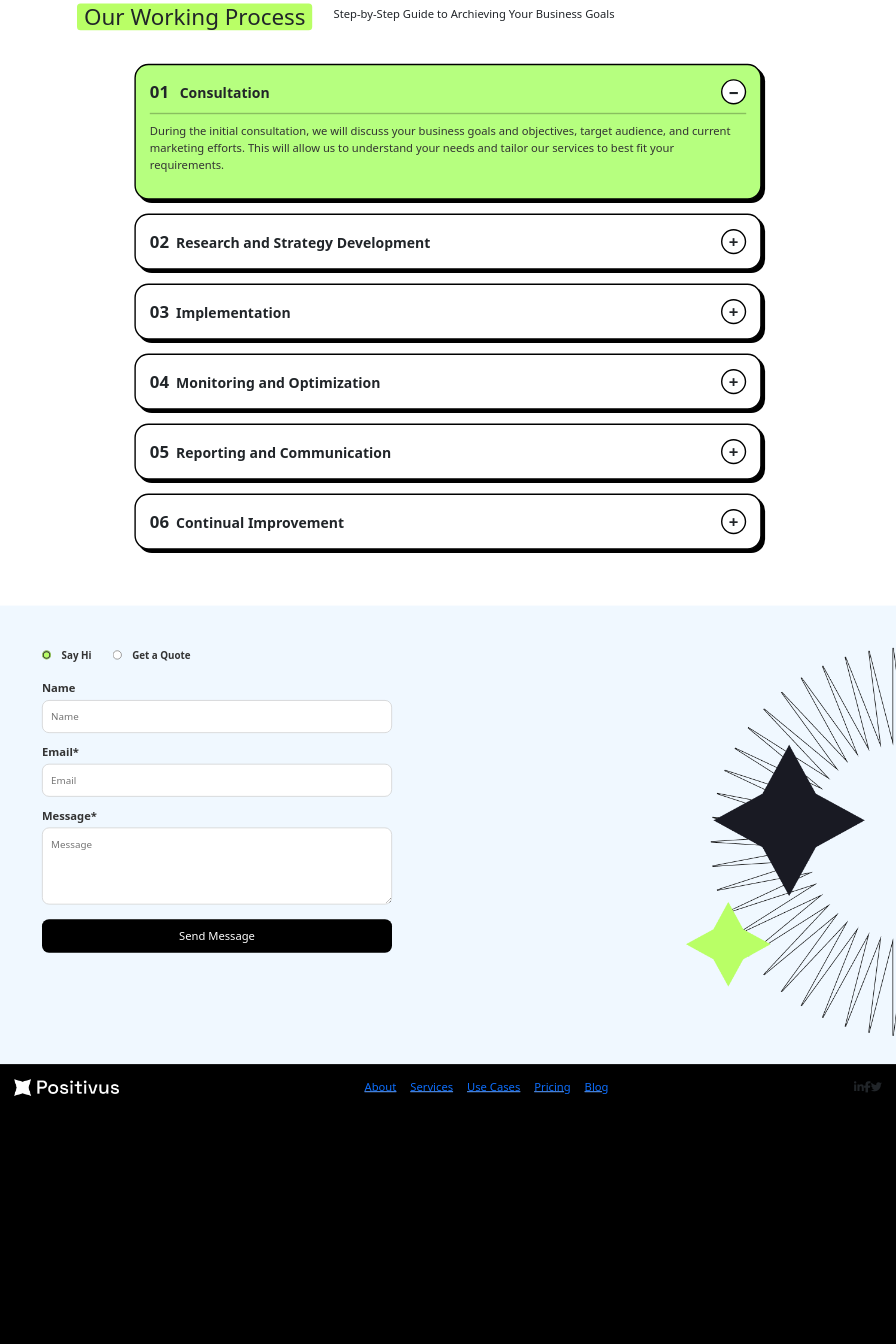
Repository: inshaabbas/CSS-Hackathon-SMIT
Page: index.html
These files come from the project's save history. The page is drawn as it stood at one moment and after the next save; the edit follows.
The browser window is 1280 px wide. The pictures show the part of the page from y = 1253 to 3173 px (the page is 3173 px tall), at 70% of full size.
A picture or video elsewhere on the page could not be fetched, so the positions and the page height are approximate.

Above is the page before, as saved 2025-06-25 10:52:08.

### index.html
<!DOCTYPE html>
<html lang="en">
<head>
    <meta charset="UTF-8">
    <meta name="viewport" content="width=device-width, initial-scale=1.0">
    <title>CSS Hackathon</title>
    <!-- Bootstrap CDN -->
     <link href="https://cdn.jsdelivr.net/npm/bootstrap@5.3.7/dist/css/bootstrap.min.css" rel="stylesheet" integrity="sha384-LN+7fdVzj6u52u30Kp6M/trliBMCMKTyK833zpbD+pXdCLuTusPj697FH4R/5mcr" crossorigin="anonymous">
    <!-- Font Awesome CDN -->
     <link rel="stylesheet" href="https://cdnjs.cloudflare.com/ajax/libs/font-awesome/6.7.2/css/all.min.css" integrity="sha512-Evv84Mr4kqVGRNSgIGL/F/aIDqQb7xQ2vcrdIwxfjThSH8CSR7PBEakCr51Ck+w+/U6swU2Im1vVX0SVk9ABhg==" crossorigin="anonymous" referrerpolicy="no-referrer"/>
    <!-- External Style Sheet -->
     <link rel="stylesheet" href="./style.css">
</head>
<body>
    <!-- Header Section Starts -->
    <header class="container-xxl">
      <div class="fixed-top">
         <nav class="navbar navbar-expand-lg bg-body-tertiary">
  <div class="container-fluid">
    <a class="navbar-brand" href="#"><img src="./Assets/logo.png" alt="Logo" width="150px"></a>
    <button class="navbar-toggler" type="button" data-bs-toggle="collapse" data-bs-target="#navbarSupportedContent" aria-controls="navbarSupportedContent" aria-expanded="false" aria-label="Toggle navigation">
      <span class="navbar-toggler-icon"></span>
    </button>
    <div class="collapse navbar-collapse" id="navbarSupportedContent">
      <ul class="navbar-nav ms-auto me-3 gap-4 mb-2 mb-lg-0">
        <li class="nav-item">
          <a class="nav-link active" aria-current="page" href="#">Aboutus</a>
        </li>
        <li class="nav-item">
          <a class="nav-link active" href="#">Services</a>
        </li>
        <li class="nav-item">
          <a class="nav-link active" aria-disabled="true">User Cases</a>
        </li>
        <li class="nav-item">
          <a class="nav-link active" aria-current="page" href="#">Pricing</a>
        </li>
        <li class="nav-item">
          <a class="nav-link active" aria-current="page" href="#">Blog</a>
        </li>
      </ul>
        <button class="btn btn-outline-dark" type="submit">Request a Quote</button>
      </form>
    </div>
  </div>
</nav>
      </div>
    </header>
    <!-- Header Section Ends -->

    <!-- Hero Section Starts -->
     <section class="hero-sec container-xxl">
        <div class="hero-text">
            <h2>Navigating the digital landscape for success</h2>
            <p>Lorem ipsum dolor sit amet consectetur adipisicing elit. Nihil sapiente officia omnis rerum, vitae nesciunt ad obcaecati sint quam accusantium Lorem ipsum dolor sit amet consectetur adipisicing elit. Quaerat nobis quos soluta accusantium perspiciatis quas ducimus dicta accusamus eius, sint adipisci cum minima aliquam debitis expedita nam eos, consectetur quasi.</p>
            <button type="button" class="btn btn-dark">Book a consultation</button>
        </div>
        <div class="hero-img">
            <img src="./Assets/hero-sec-img.png" alt="Hero Section Img" width="450px" height="330px">
        </div>
     </section>
    <!-- Hero Section Ends -->

    <!-- Social Section Starts -->
     <section class="social-sec container-xxl">
       <img src="./Assets/Amazon.png" alt="Amazon">
       <img src="./Assets/Dribbble.png" alt="Dribbble">
       <img src="./Assets/Hubspot-icon-removebg-preview.png" alt="Hubspot">
       <img src="./Assets/Notion.png" alt="Notion">
       <img src="./Assets/Netflix.png" alt="Netflix" class="gray">
       <img src="./Assets/Zoom.png" alt="Zoom" class="gray">
     </section>
    <!-- Social Section Ends -->

    <!-- Service Section Starts -->
     <section class="service-sec container-xxl">
      <div class="service-head">
        <h2>Services</h2>
        <p>Lorem ipsum dolor sit amet consectetur adipisicing elit. Ad, aliquam assumenda. Perspiciatis necessitatibus ullam possimus illum consequatur dolores quasi ut.</p>
      </div>
      <div class="service-cards">
        <div class="service-card-1 hover-img">
          <div class="ser-card-1-text">
             <h3>Search engine <br> optimization</h3>
             <p><img src="./Assets/service-icon.png" alt="Service Icon" width="30px">Learn More</p>
          </div>
          <div class="ser-card-1-img">
            <img src="./Assets/Service-card-1img.png" alt="">
          </div>
        </div>
        <div class="service-card-2 hover-img">
          <div class="ser-card-2-text">
             <h3>Search engine <br> optimization</h3>
             <p><img src="./Assets/service-icon.png" alt="Service Icon" width="30px">Learn More</p>
          </div>
          <div class="ser-card-2-img">
            <img src="./Assets/Service-card-2-img.png" alt="">
          </div>
        </div>
      </div>
     </section>
    <!-- Service Section Ends -->

     <!-- Working section Starts -->
     <section class="working-section container-xxl">
      <div class="working-head">
        <h2>Our Working Process</h2>
        <p>Step-by-Step Guide to Archieving Your Business Goals</p>
      </div>
      <div class="faq-section">
  <details open>
    <summary><span><span class="number">01</span> Consultation</span> <span class="plus"></span></summary>
    <hr class="divider">
    <div class="faq-content">
      <p>During the initial consultation, we will discuss your business goals and objectives, target audience, and current marketing efforts. This will allow us to understand your needs and tailor our services to best fit your requirements.</p>
    </div>
  </details>

  <details>
    <summary><span><span class="number">02</span>Research and Strategy Development</span> <span class="plus"></span></summary>
    <hr class="divider">
    <div class="faq-content">
      We research your market and competitors to develop a custom strategy aligned with your business goals.
    </div>
  </details>

   <details>
    <summary><span><span class="number">03</span>Implementation</span> <span class="plus"></span></summary>
    <hr class="divider">
    <div class="faq-content">
      We research your market and competitors to develop a custom strategy aligned with your business goals.
    </div>
  </details>

   <details>
    <summary><span><span class="number">04</span>Monitoring and Optimization</span> <span class="plus"></span></summary>
    <hr class="divider">
    <div class="faq-content">
      We research your market and competitors to develop a custom strategy aligned with your business goals.
    </div>
  </details>

   <details>
    <summary><span><span class="number">05</span>Reporting and Communication</span> <span class="plus"></span></summary>
    <hr class="divider">
    <div class="faq-content">
      We research your market and competitors to develop a custom strategy aligned with your business goals.
    </div>
  </details>

   <details>
    <summary><span><span class="number">06</span>Continual Improvement</span> <span class="plus"></span></summary>
    <hr class="divider">
    <div class="faq-content">
      We research your market and competitors to develop a custom strategy aligned with your business goals.
    </div>
  </details>
      </div>
      </section>

    <!-- Working section Ends -->

     <!-- Contact section Starts -->
     <section class="contact-section container-xxl">
      <div class="contact-form">
        <form>
          <div class="radio-group">
            <label><input type="radio" name="purpose" checked>Say Hi</label>
            <label><input type="radio" name="purpose"> Get a Quote</label>
          </div>

          <div class="form-group">
            <label for="name">Name</label>
            <input type="text" id="name" name="name" placeholder="Name" required>
          </div>

          <div class="form-group">
            <label for="email">Email*</label>
            <input type="email" id="email" name="email" placeholder="Email" required>
          </div>

          <div class="form-group">
            <label for="message">Message*</label>
            <textarea id="message" name="message" placeholder="Message" rows="4" required></textarea>
          </div>

          <button type="submit" class="send-btn">Send Message</button>
        </form>
       </div>
      <div class="contact-image">
        <img src="./Assets/Contact-img.png" alt="Contact img" width="400px">
      </div>
     </section>

     <!-- Contact section End -->

     <!-- Footer section Starts -->

     <footer>
        <div class="top-footer">
            <div class="fot-logo">
                <img src="./Assets/Foooter-logo.png" alt="Footer logo" width="150px">
            </div>
            <div class="fot-links">
                <li><a href="#">About</a></li>
                <li><a href="#">Services</a></li>
                <li><a href="#">Use Cases</a></li>
                <li><a href="#">Pricing</a></li>
                <li><a href="#">Blog</a></li>
            </div>
            <div class="fot-icons">
                <div><i class="fa-brands fa-linkedin-in"></i></div>
                <div><i class="fa-brands fa-facebook-f"></i></div>
                <div><i class="fa-brands fa-twitter"></i></div>
            </div>
        </div>
     </footer>







<script src="https://cdn.jsdelivr.net/npm/@popperjs/core@2.11.8/dist/umd/popper.min.js" integrity="sha384-I7E8VVD/ismYTF4hNIPjVp/Zjvgyol6VFvRkX/vR+Vc4jQkC+hVqc2pM8ODewa9r" crossorigin="anonymous"></script>
<script src="https://cdn.jsdelivr.net/npm/bootstrap@5.3.7/dist/js/bootstrap.min.js" integrity="sha384-7qAoOXltbVP82dhxHAUje59V5r2YsVfBafyUDxEdApLPmcdhBPg1DKg1ERo0BZlK" crossorigin="anonymous"></script>
</body>
</html>

### style.css
.hover-img{
    transition: transform 0.3s ease;
}

.hover-img:hover{
    transform: scale(1.1);
}

.hero-sec{
    display: flex;
    justify-content: space-around;
    align-items: center;
    padding: 20px;
    height: 500px;
    padding-top: 80px;
}

.hero-text{
    width: 50%;
}

.hero-text h2{
    font-size: 35px;
    font-weight: bold;
}

@media screen and (max-width: 1010px) {
    .hero-img img{
        width: 350px;
        height: 300px;
    }
    .hero-sec{
        height: auto;
    }
}

@media screen and (max-width: 800px){
    .hero-sec{
        flex-direction: column;
        gap: 50px;
    }

    .hero-text{
    width: 100%;
}

.hero-img img{
    width: 300px;
    height: 250px;
}
}

/* Hero Section End */

/* Social Section Starts */
.social-sec{
    height: auto;
    display: flex;
    justify-content: center;
    align-items: center;
    gap: 40px;
    flex-wrap: wrap;
    padding: 20px;
    margin-top: 40px;
}

.social-sec img{
    width: 120px;
}

.gray{
    filter: grayscale(100%);
}

/* Social Section Ends */


/* Service Section Starts */

.service-sec{
    height: auto;
    margin-top: 40px;
    padding: 40px 10px;
}

.service-head{
    display: flex;
    margin-left: 100px;
    gap: 30px;
}

.service-head h2{
    background-color: #b9ff66;
    padding: 0px 10px;
    border-radius: 5px;
    font-size: 40px;
}

.service-head p{
    width: 600px;
}

.service-cards{
    padding-top: 40px;
    display: flex;
    justify-content: center;
    align-items: center;
    flex-wrap: wrap;
    gap: 40px;
    padding: 20px;
}

/* Card 1  */
.service-card-1{
    display: flex;
    justify-content: space-between;
    width: 500px;
    height: 280px;
    background-color: #f3f3f3;
    border-radius: 30px;
    padding: 20px;
    border-bottom: black solid 4px;
    border-top: black solid 1px;
    border-left: black solid 1px;
    border-right: black solid 1px;
}

.service-card-1 p img{
    margin-right: 10px;
}

.service-card-1 p{
    margin-top: 100px;
}

.ser-card-1-img{
    display: flex;
    justify-content: center;
    align-items: center;
}

.ser-card-1-text h3{
    background-color: #b9ff66;
    padding: 5px 10px;
    border-radius: 5px;
}

/* Card 2 */

.service-card-2{
    display: flex;
    justify-content: space-between;
    width: 500px;
    height: 280px;
    background-color: #b9ff66;
    border-radius: 30px;
    padding: 20px;
    border-bottom: black solid 4px;
    border-top: black solid 1px;
    border-left: black solid 1px;
    border-right: black solid 1px;
}

.service-card-2 p img{
    margin-right: 10px;
}

.service-card-2 p{
    margin-top: 100px;
}

.ser-card-2-img{
    display: flex;
    justify-content: center;
    align-items: center;
}

.ser-card-2-text h3{
    background-color: #f3f3f3;
    padding: 5px 10px;
    border-radius: 5px;
}

@media screen and (max-width: 865px){
    .service-head{
        flex-direction: column;
        justify-content: center;
        align-items: center;
        text-align: center;
        margin-left: 0px;
        gap: 10px;
    }

    .service-head p{
        width: 100%;
    }
}

@media screen and (max-width: 500px){
    .service-head p{
        font-size: 13px;
    }

    .service-card-2{
        height: 230px;
    }
    .ser-card-2-img img{
        width: 180px;
    }

    .ser-card-2-text h3{
        font-size: 20px;
    }

    .ser-card-2-text p{
        font-size: 13px;
    }

    .service-card-1{
        height: 230px;
    }
    .ser-card-1-img img{
        width: 180px;
    }

    .ser-card-1-text h3{
        font-size: 20px;
    }

    .ser-card-1-text p{
        font-size: 15px;
    }
}

    @media screen and (max-width: 440px){
    .service-head p{
        font-size: 10px;
    }

    .ser-card-2-img img{
        width: 120px;
    }

    .ser-card-2-text h3{
        font-size: 14px;
    }

    .ser-card-2-text p{
        font-size: 12px;
    }

    .ser-card-1-img img{
        width: 120px;
    }

    .ser-card-1-text h3{
        font-size: 14px;
    }

    .ser-card-1-text p{
        font-size: 12px;
    }
}

/* Service Section Ends*/

/* Working Section Starts */

.working-section{
    height: auto;
    margin-top: 20px;
    padding: 40px 10px;
}

.working-head{
    display: flex;
    align-items: center;
    margin-left: 100px;
    gap: 30px;
}

.working-head h2{
    background-color: #b9ff66;
    padding: 0px 10px;
    border-radius: 5px;
}

.working-head p{
    width: 100%;
    max-width: 600px;
}

.faq-section{
    display: flex;
    flex-direction: column;
    justify-content: center;
    align-items: center;
    margin-top: 40px;
    padding: 0px 10px;
}

details {
      border: 2px solid #000;
      border-radius: 20px;
      margin-bottom: 20px;
      padding: 20px;
      box-shadow: 5px 5px 0 #000;
      background-color: #fff;
      transition: all 0.3s ease;
      width: 70vw;
    }

    details[open] {
      background-color: #b6ff7f;
    }

    summary {
      list-style: none;
      cursor: pointer;
      font-weight: bold;
      font-size: 20px;
      display: flex;
      justify-content: space-between;
      align-items: center;
    }

    summary::-webkit-details-marker {
      display: none;
    }

    .number {
      font-size: 24px;
      margin-right: 10px;
    }

    .plus::after {
      content: "+";
      font-size: 24px;
      width: 36px;
      height: 36px;
      display: inline-flex;
      align-items: center;
      justify-content: center;
      border: 2px solid #000;
      border-radius: 50%;
      background: #fff;
    }

    details[open] .plus::after {
      content: "−";
    }

    .faq-content {
      margin-top: 10px;
      font-size: 16px;
      line-height: 1.5;
      color: #333;
    }

    .divider {
      display: none;
      border: none;
      border-top: 2px solid #000;
      margin: 12px 0;
    }

    details[open] .divider {
      display: block;
    }

    details[open] .faq-content {
      display: block;
    }


@media screen and (max-width: 1084px){
    .working-head{
        flex-direction: column;
        justify-content: center;
        align-items: center;
        text-align: center;
        gap: 10px;
        margin-left: 0px;
    }
}

@media screen and (max-width: 700px){
    summary span{
        font-size: 16px;
    }

    .number{
        font-size: 16px;
    }

    .plus::after{
        font-size: 20px;
        width: 25px;
        height: 25px;
    }

    details{
        width: 90vw;
    }
}

@media screen and (max-width: 420px){
    summary span{
        font-size: 13px;
    }

    .number{
        font-size: 14px;
    }
}
/* Working Section Ends */

/* Contact Section Starts */

.contact-section{
    display: flex;
    justify-content: space-between;
    height: auto;
    background-color: aliceblue;
    margin-top: 20px;
    padding: 60px 0px 40px 20px
}

.contact-form{
    width: 100%;
    margin-left: 40px;
}

.radio-group {
  display: flex;
  gap: 30px;
  margin-bottom: 20px;
  font-size: 14px;
}

.radio-group label{
  display: flex;
  align-items: center;
  gap: 15px;
  font-size: 14px;
  color: #333;
  cursor: pointer;
  /* width: 100px; */
  white-space: nowrap
}


input[type="radio"] {
  accent-color: #b9ff66;
}

.form-group {
  margin-bottom: 15px;
}

label {
  display: block;
  margin-bottom: 5px;
  font-weight: bold;
  color: #333;
}

input,
textarea {
  width: 100%;
  max-width: 500px;
  padding: 12px;
  font-size: 14px;
  border: 1px solid #ccc;
  border-radius: 10px;
  box-sizing: border-box;
}

.send-btn{
  background-color: #000;
  color: #fff;
  border: none;
  padding: 12px;
  width: 100%;
  max-width: 500px;
  border-radius: 10px;
  font-size: 16px;
  cursor: pointer;
  transition: background-color 0.3s;
}

.send-btn:hover {
  background-color: #333;
}

.contact-image {
  flex: 1;
  text-align: right;
  min-width: 300px;
  overflow-x: hidden;
}

@media screen and (max-width: 890px){
    .contact-image img {
        display: none;
    }

    .contact-section {
        flex-direction: column;
        align-items: center;
        padding: 30px 20px;
    }

    .contact-form {
        margin-left: 0;
        width: 100%;
        display: flex;
        flex-direction: column;
        align-items: center;
    }

    .form-group,
    input,
    textarea,
    .send-btn {
        width: 100%;
        max-width: 600px;
    }
}

/* Contact Section Ends*/

footer{
    height: 400px;
    background-color: #000;
    padding: 20px;
}

.top-footer{
    display: flex;
    justify-content: space-between;
}

.fot-links{
    display: flex;
    gap: 20px;
}

.fot-links li{
    list-style: none;
    color: white;
    text-decoration: underline;
}

.fot-icons{
    display: flex;
}

After the next save:
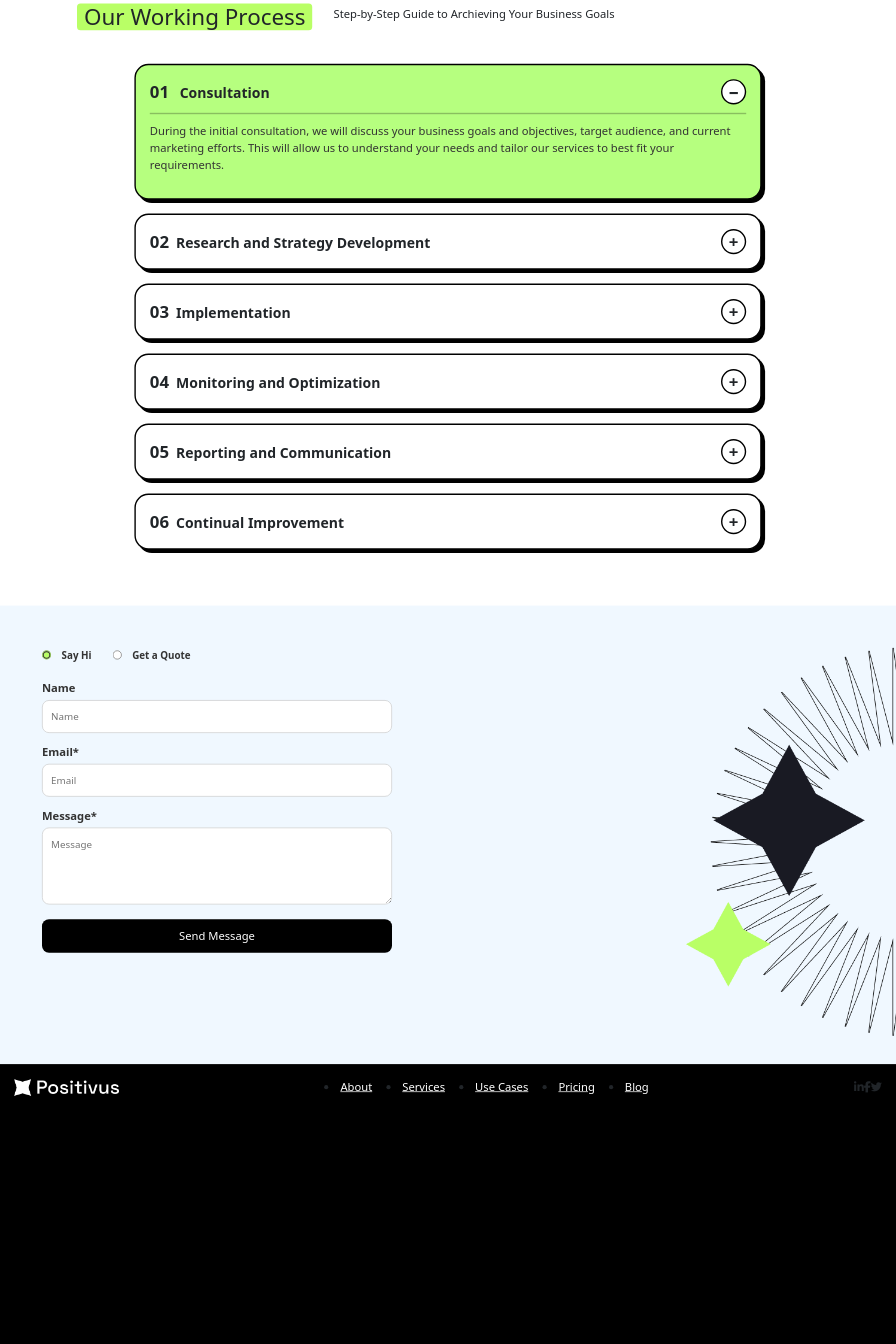
Saved 13 s later.
--- a/style.css
+++ b/style.css
@@ -546,7 +546,7 @@ footer{
     gap: 20px;
 }
 
-.fot-links li{
+.fot-links li a{
     list-style: none;
     color: white;
     text-decoration: underline;
